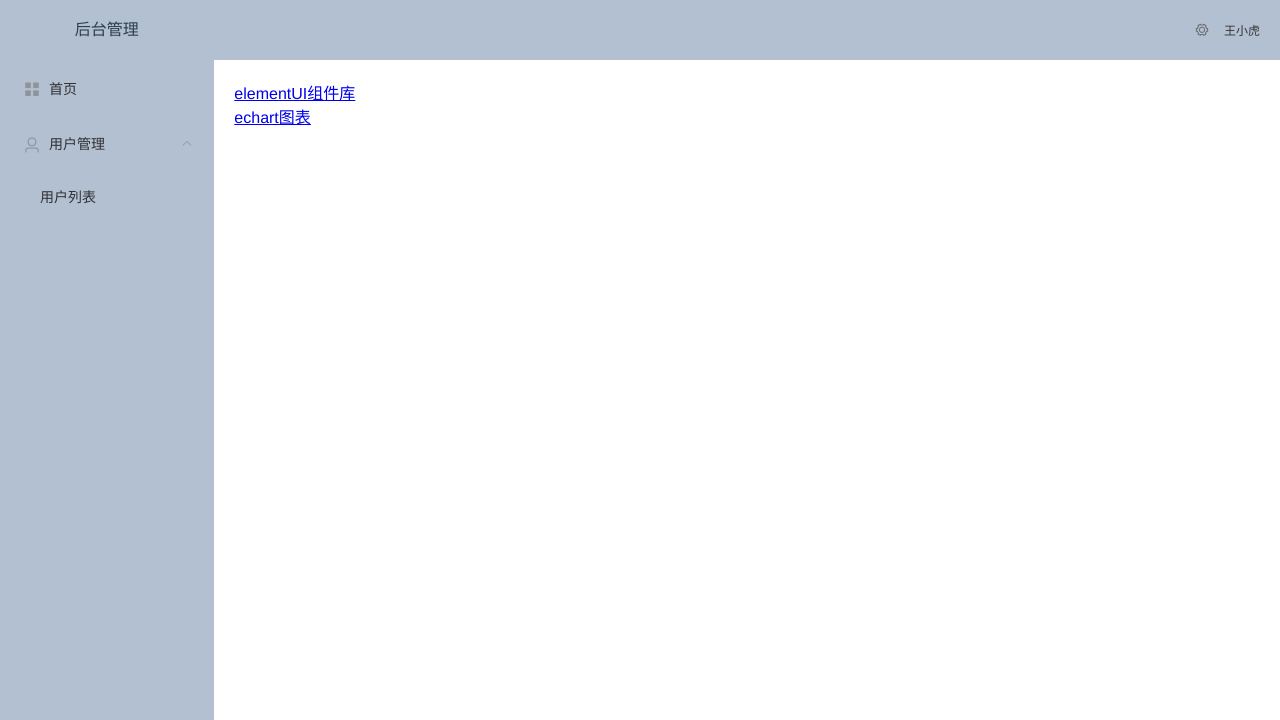
Repository: cmw520520/admin_vue
Page: /
The author's editor kept a copy of each file at every save. The page is drawn from the files as they stood at one save, then again after the next save.
The browser window is 1280 px wide. The pictures show the whole page.
The project was rebuilt for these pictures with package versions that can differ from the ones it lists, and the page was loaded fresh each time. Also part of the build but not shown: src/page/user/UserList.vue, example/Echart.vue.

Above is the page before, as saved 2019-07-01 15:10:47.

After the next save:
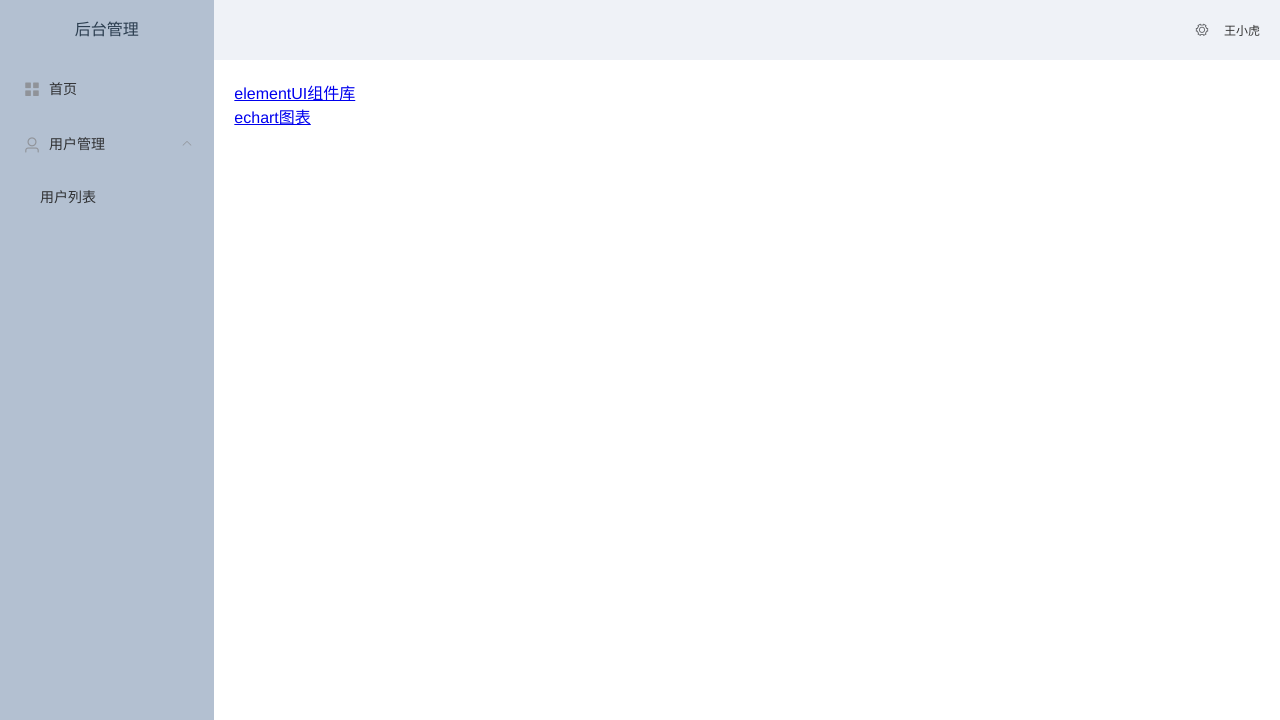
Saved 96 s later.
--- a/src/page/Manage.vue
+++ b/src/page/Manage.vue
@@ -44,7 +44,7 @@ export default {
 
 <style scope>
 .el-header {
-  background-color: #b3c0d1;
+  background-color: #EFF2F7;
   color: #333;
   line-height: 60px;
 }
